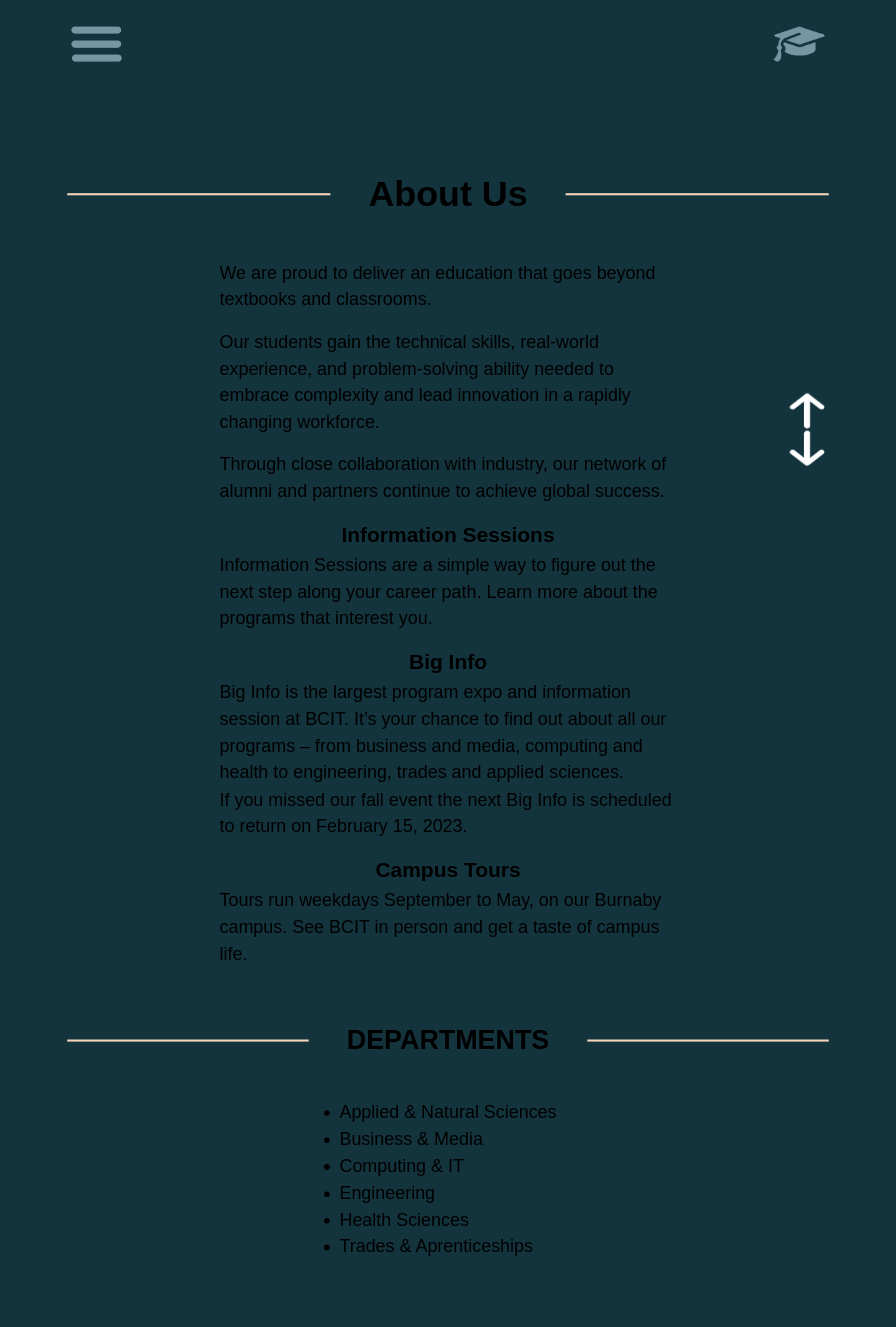
Repository: Kinakopan/playwright_bcit
Page: /about
The author's editor kept a copy of each file at every save. The page is drawn from the files as they stood at one save, then again after the next save.
The browser window is 1280 px wide. The pictures show the whole page, at 70% of full size.
Some web fonts or font styles are not loaded; a fallback is used. The project was rebuilt for these pictures with package versions that can differ from the ones it lists, and the page was loaded fresh each time. The framework's server and built-in components were replaced by stand-ins that run in the browser. Also part of the build but not shown: next.config.js.

Above is the page before, as saved 2023-01-28 11:05:01.

### pages/_app.js
// import '@/styles/globals.css'
import '../styles/globals.css'
import '../styles/variables.css'
import Head from 'next/head'

export default function App({ Component, pageProps }) {
  return (
    <>
      <Head>
        <title>Example #1</title>
        <meta name="description" content="Generated by create next app" />
        <meta name="viewport" content="width=device-width, initial-scale=1" />
        <link href="https://fonts.googleapis.com/css2?family=Myriad+Pro:wght@100;400;700&display=swap" rel="stylesheet" />
        <link rel="icon" href="/favicon.ico" />
      </Head>
      <Component {...pageProps} />
    </>
  )
}

### pages/about.js
// export default function About() {
//   return (
//     <div>
//       <h1>About Page</h1>
//       <h1>About Page</h1>
//     </div>
//   )
// }


// import axios from 'axios'
import Link from 'next/link';
import styles from '@/styles/Home.module.css';
import Arrow from '/components/arrow';
import Navbar from '/components/navbar';
import { Inter } from '@next/font/google';
import { useState, useEffect } from 'react';

const inter = Inter({ subsets: ['latin'] })

export default function About() {

  return (
    <>
      <div
        className={styles.body_about}
        >
        <div className={styles.wrapper}>

          <Navbar/>

          {/* Main contents under nav bar */}
          <main className={styles.main}>

              <h1 className={styles.text_heading1}>
                About Us
              </h1>

              <p className={styles.text_body}>
                We are proud to deliver an education that goes beyond textbooks and classrooms.
              </p>

              <p className={styles.text_body}>
                Our students gain the technical skills, real-world experience, and problem-solving ability needed to embrace complexity and lead innovation in a rapidly changing workforce.
              </p>

              <p className={styles.text_body}>
                Through close collaboration with industry, our network of alumni and partners continue to achieve global success.
              </p>

              <h3 className={styles.text_heading2}>
                Information Sessions
              </h3>

              <p className={styles.text_body}>
                Information Sessions are a simple way to figure out the next step along your career path. Learn more about the programs that interest you.
              </p>

              <h3 className={styles.text_heading2}>
                Big Info
              </h3>

              <p className={styles.text_body}>
                Big Info is the largest program expo and information session at BCIT. It’s your chance to find out about all our programs – from business and media, computing and health to engineering, trades and applied sciences.<br/>

                If you missed our fall event the next Big Info is scheduled to return on February 15, 2023.
              </p>

              <h3 className={styles.text_heading2}>
                Campus Tours
              </h3>

              <p className={styles.text_body}>
                Tours run weekdays September to May, on our Burnaby campus. See BCIT in person and get a taste of campus life.
              </p>

              <h2 className={styles.text_heading1}>
                DEPARTMENTS
              </h2>

              <ul>
                <li>
                  Applied & Natural Sciences
                </li>
                <li>
                  Business & Media
                </li>
                <li>
                  Computing & IT
                </li>
                <li>
                  Engineering
                </li>
                <li>
                  Health Sciences
                </li>
                <li>
                  Trades & Aprenticeships
                </li>
              </ul>
          </main>

          <Arrow/>

        </div>
      </div>
    </>
  )
}

### styles/variables.css
:root {
  --primary-color: |#fff;
  --secondary-color: #F4D6B9;
  --ternary-color: #7796A4;
  --quaternary-color: #14343D;
  --quinary-color: rgba(16,46,53,0.5);
}

### styles/Home.module.css
@import '/styles/variables.css';

.main {
  display: flex;
  flex-direction: column;
  justify-content: space-between;
  align-items: center;
  padding: 6rem;
  min-height: 100vh;
}

.description {
  display: inherit;
  justify-content: inherit;
  align-items: inherit;
  font-size: 0.85rem;
  max-width: var(--max-width);
  width: 100%;
  z-index: 2;
  font-family: var(--font-mono);
}

.description a {
  display: flex;
  justify-content: center;
  align-items: center;
  gap: 0.5rem;
}

.description p {
  position: relative;
  margin: 0;
  padding: 1rem;
  background-color: rgba(var(--callout-rgb), 0.5);
  border: 1px solid rgba(var(--callout-border-rgb), 0.3);
  border-radius: var(--border-radius);
}

.code {
  font-weight: 700;
  font-family: var(--font-mono);
}

.grid {
  display: grid;
  grid-template-columns: repeat(4, minmax(25%, auto));
  width: var(--max-width);
  max-width: 100%;
}

.card {
  padding: 1rem 1.2rem;
  border-radius: var(--border-radius);
  background: rgba(var(--card-rgb), 0);
  border: 1px solid rgba(var(--card-border-rgb), 0);
  transition: background 200ms, border 200ms;
}

.card span {
  display: inline-block;
  transition: transform 200ms;
}

.card h2 {
  font-weight: 600;
  margin-bottom: 0.7rem;
}

.card p {
  margin: 0;
  opacity: 0.6;
  font-size: 0.9rem;
  line-height: 1.5;
  max-width: 30ch;
}

.center {
  display: flex;
  justify-content: center;
  align-items: center;
  position: relative;
  padding: 4rem 0;
}

.center::before {
  background: var(--secondary-glow);
  border-radius: 50%;
  width: 480px;
  height: 360px;
  margin-left: -400px;
}

.center::after {
  background: var(--primary-glow);
  width: 240px;
  height: 180px;
  z-index: -1;
}

.center::before,
.center::after {
  content: '';
  left: 50%;
  position: absolute;
  filter: blur(45px);
  transform: translateZ(0);
}

.logo,
.thirteen {
  position: relative;
}

.thirteen {
  display: flex;
  justify-content: center;
  align-items: center;
  width: 75px;
  height: 75px;
  padding: 25px 10px;
  margin-left: 16px;
  transform: translateZ(0);
  border-radius: var(--border-radius);
  overflow: hidden;
  box-shadow: 0px 2px 8px -1px #0000001a;
}

.thirteen::before,
.thirteen::after {
  content: '';
  position: absolute;
  z-index: -1;
}

/* Conic Gradient Animation */
.thirteen::before {
  animation: 6s rotate linear infinite;
  width: 200%;
  height: 200%;
  background: var(--tile-border);
}

/* Inner Square */
.thirteen::after {
  inset: 0;
  padding: 1px;
  border-radius: var(--border-radius);
  background: linear-gradient(
    to bottom right,
    rgba(var(--tile-start-rgb), 1),
    rgba(var(--tile-end-rgb), 1)
  );
  background-clip: content-box;
}

/* Enable hover only on non-touch devices */
@media (hover: hover) and (pointer: fine) {
  .card:hover {
    background: rgba(var(--card-rgb), 0.1);
    border: 1px solid rgba(var(--card-border-rgb), 0.15);
  }

  .card:hover span {
    transform: translateX(4px);
  }
}

@media (prefers-reduced-motion) {
  .thirteen::before {
    animation: none;
  }

  .card:hover span {
    transform: none;
  }
}

/* Mobile */
@media (max-width: 700px) {
  .content {
    padding: 4rem;
  }

  .grid {
    grid-template-columns: 1fr;
    margin-bottom: 120px;
    max-width: 320px;
    text-align: center;
  }

  .card {
    padding: 1rem 2.5rem;
  }

  .card h2 {
    margin-bottom: 0.5rem;
  }

  .center {
    padding: 8rem 0 6rem;
  }

  .center::before {
    transform: none;
    height: 300px;
  }

  .description {
    font-size: 0.8rem;
  }

  .description a {
    padding: 1rem;
  }

  .description p,
  .description div {
    display: flex;
    justify-content: center;
    position: fixed;
    width: 100%;
  }

  .description p {
    align-items: center;
    inset: 0 0 auto;
    padding: 2rem 1rem 1.4rem;
    border-radius: 0;
    border: none;
    border-bottom: 1px solid rgba(var(--callout-border-rgb), 0.25);
    background: linear-gradient(
      to bottom,
      rgba(var(--background-start-rgb), 1),
      rgba(var(--callout-rgb), 0.5)
    );
    background-clip: padding-box;
    backdrop-filter: blur(24px);
  }

  .description div {
    align-items: flex-end;
    pointer-events: none;
    inset: auto 0 0;
    padding: 2rem;
    height: 200px;
    background: linear-gradient(
      to bottom,
      transparent 0%,
      rgb(var(--background-end-rgb)) 40%
    );
    z-index: 1;
  }
}

/* Tablet and Smaller Desktop */
@media (min-width: 701px) and (max-width: 1120px) {
  .grid {
    grid-template-columns: repeat(2, 50%);
  }
}

@media (prefers-color-scheme: dark) {
  .vercelLogo {
    filter: invert(1);
  }

  .logo,
  .thirteen img {
    filter: invert(1) drop-shadow(0 0 0.3rem #ffffff70);
  }
}

@keyframes rotate {
  from {
    transform: rotate(360deg);
  }
  to {
    transform: rotate(0deg);
  }
}



/*****************************
******************************
            AUTHOR
******************************
*****************************/

/*============================
    From here - Common Style
============================*/
/* From here - components/navbar.js */
.nav {
  display: flex;
  flex-direction: row;
  justify-content: space-between;
  width: 100%;
  padding: 3% 8% 0 8%;
}

.burgar,
.hat {
  width: fit-content;
}

/* From here - components/arrow.js */
.arrowBox {
  flex: 1;
  display: flex;
  flex-direction: column;
  justify-content: space-between;
  align-items: flex-end;
  position: fixed;
  width: fit-content;
  height: 12%;
  right: 8%;
  bottom: 10%;
}

.arrowBox * {
  background: transparent;
  border: none;
}

/* From here - general */
.body_home,
.body_about,
.body_contact,
.wrapper {
  display: flex;
  flex-direction: column;
  width: 100vw;
}

.body_home,
.body_about,
.body_contact {
  /* font-size: 62.5%; */
  background-size: cover;
  background-position: center;
  background-repeat: no-repeat;
  line-height: 1.5;
  font-family: 'Myriad Pro', sans-serif;
  font-weight: 100;
  text-align: left;
}

.wrapper {
  font-size: 1.6rem;
  background-size: cover;
}

.main {
  display: flex;
  width: 100%;
}

/* .text_heading_h1 {

}

.text_heading_h2 {

} */
/*============================
    From here - Home Page
============================*/
.body_home {
  height: 100vh;
  overflow: hidden;
}

.body_home .main {
  flex-direction: row;
  justify-content: flex-start;
  align-items: flex-end;
  padding: 0 0 12% 21%;
}

.body_home .cont_main {
  display: flex;
  flex-direction: column;
  width: 48%;
}

.body_home .cont_main * {
  color: var(--primary-color);
}

.body_home .text_heading1 {
  font-family: 'Myriad Pro', sans-serif;
  /* font-size: 3.6rem; */
  font-size: 220%;
  line-height: 1.3;
  padding-bottom: 3%;
  margin-bottom: 3%;
  border-bottom: 4px solid;
  border-image: linear-gradient(to right, rgba(244,214,185,1) 0%, rgba(244,214,185,1) 69%, rgba(244,214,185,0) 69%, rgba(244,214,185,0) 100%) 1;
}

.body_home .text_body,
.body_home .box_btn * {
  opacity: .9;
}

.body_home .box_btn {
  display: flex;
  flex-direction: row;
}

.body_home .box_btn * {
  font-size: 1.4rem;
  background: transparent;
  padding: .3% 3%;
  border: 3px solid;
  border-color: var(--primary-color);
  border-radius: 10px;
  margin: 3% 2.5% 0 0;
}

.body_home .btn_about:hover {
  color: transparent;
  background: white;
}

/*============================
    From here - About Page
============================*/
.body_about {
  background: var(--quaternary-color);
}

/* .body_about .main {

} */

.body_about .text_heading1 {
  display: flex;
  align-items: center;
  width: 100%;
  padding: 5% 0;
}

.body_about .text_heading1:before,
.body_about .text_heading1:after {
  content: "";
  height: 3px;
  flex-grow: 1;
  background: var(--secondary-color);
}

.body_about .text_heading1:before {
  margin-right: 5%;
}

.body_about .text_heading1:after {
  margin-left: 5%;
}

.body_about .text_body {
  display: flex;
  justify-content: flex-start;
  width: 60%;
  margin-bottom: 2%;
}

.body_about .text_heading2 {
  justify-content: flex-start;
}

/*============================
    From here - Contact Page
============================*/

### components/arrow.js
import Image from 'next/image';
import styles from '@/styles/Home.module.css';

export default function Arrow() {
  return (
    <div className={styles.arrowBox}>
      <button
        className={styles.arrowDown}
        onClick={() => setUpArrowClicked(true)}
      >
        <Image
          src='/icons/upwardArrow.png'
          alt="Upward arrow icon"
          width={50}
          height={50}
        />
      </button>

      <button
        className={styles.arrowDown}
        onClick={() => setDownArrowClicked(true)}
      >
        <Image
          src='/icons/downwardArrow.png'
          alt="Downward arrow icon"
          width={50}
          height={50}
        />
      </button>
    </div>
  )
}

### components/navbar.js
import Image from 'next/image';
import styles from '@/styles/Home.module.css';

export default function Navbar() {
  return (
    <nav className={styles.nav}>
      <Image
        className={styles.burgar}
        src='/icons/menu-icon.png'
        alt="menu icon"
        width={50}
        height={50}
      />
      <Image
        className={styles.hat}
        src='/icons/graduation-hat.png'
        alt="Graduation hat icon"
        width={50}
        height={50}
      />
    </nav>
  )
}

Loaded but not shown: pages/_document.js (common file); styles/globals.css (common file)

After the next save:
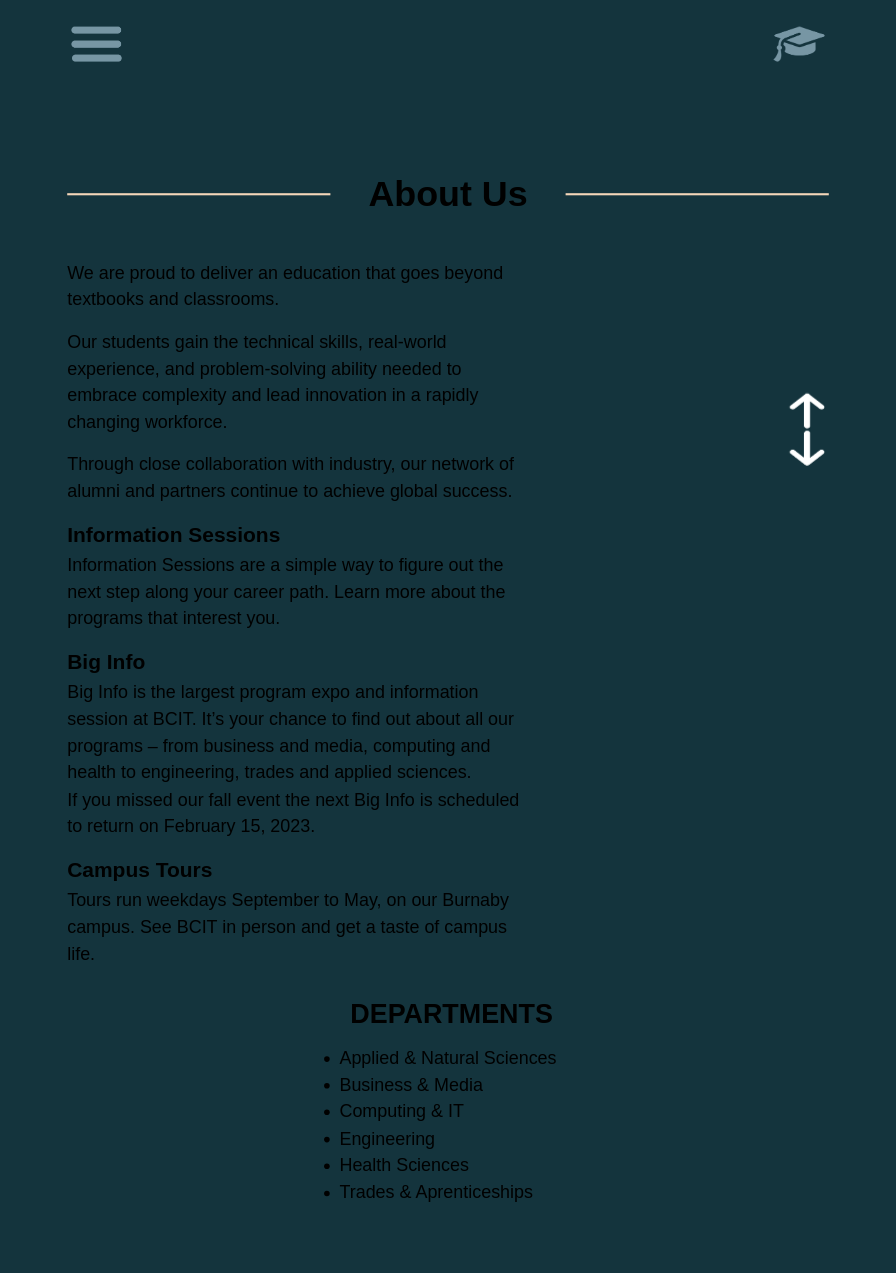
Saved 116 s later.
--- a/pages/about.js
+++ b/pages/about.js
@@ -32,72 +32,78 @@
           {/* Main contents under nav bar */}
           <main className={styles.main}>
 
-              <h1 className={styles.text_heading1}>
-                About Us
-              </h1>
+          <div className={styles.cont_main}>
+            <h1 className={styles.text_heading1}>
+              About Us
+            </h1>
 
-              <p className={styles.text_body}>
-                We are proud to deliver an education that goes beyond textbooks and classrooms.
-              </p>
+            <p className={styles.text_body}>
+              We are proud to deliver an education that goes beyond textbooks and classrooms.
+            </p>
 
-              <p className={styles.text_body}>
-                Our students gain the technical skills, real-world experience, and problem-solving ability needed to embrace complexity and lead innovation in a rapidly changing workforce.
-              </p>
+            <p className={styles.text_body}>
+              Our students gain the technical skills, real-world experience, and problem-solving ability needed to embrace complexity and lead innovation in a rapidly changing workforce.
+            </p>
 
-              <p className={styles.text_body}>
-                Through close collaboration with industry, our network of alumni and partners continue to achieve global success.
-              </p>
+            <p className={styles.text_body}>
+              Through close collaboration with industry, our network of alumni and partners continue to achieve global success.
+            </p>
 
-              <h3 className={styles.text_heading2}>
-                Information Sessions
-              </h3>
+            <h3 className={styles.text_heading2}>
+              Information Sessions
+            </h3>
 
-              <p className={styles.text_body}>
-                Information Sessions are a simple way to figure out the next step along your career path. Learn more about the programs that interest you.
-              </p>
+            <p className={styles.text_body}>
+              Information Sessions are a simple way to figure out the next step along your career path. Learn more about the programs that interest you.
+            </p>
 
-              <h3 className={styles.text_heading2}>
-                Big Info
-              </h3>
+            <h3 className={styles.text_heading2}>
+              Big Info
+            </h3>
 
-              <p className={styles.text_body}>
-                Big Info is the largest program expo and information session at BCIT. It’s your chance to find out about all our programs – from business and media, computing and health to engineering, trades and applied sciences.<br/>
+            <p className={styles.text_body}>
+              Big Info is the largest program expo and information session at BCIT. It’s your chance to find out about all our programs – from business and media, computing and health to engineering, trades and applied sciences.<br/>
 
-                If you missed our fall event the next Big Info is scheduled to return on February 15, 2023.
-              </p>
+              If you missed our fall event the next Big Info is scheduled to return on February 15, 2023.
+            </p>
 
-              <h3 className={styles.text_heading2}>
-                Campus Tours
-              </h3>
+            <h3 className={styles.text_heading2}>
+              Campus Tours
+            </h3>
 
-              <p className={styles.text_body}>
-                Tours run weekdays September to May, on our Burnaby campus. See BCIT in person and get a taste of campus life.
-              </p>
+            <p className={styles.text_body}>
+              Tours run weekdays September to May, on our Burnaby campus. See BCIT in person and get a taste of campus life.
+            </p>
+          </div>
 
-              <h2 className={styles.text_heading1}>
-                DEPARTMENTS
-              </h2>
+          <div className={styles.cont_main}>
+            <h2 className={styles.text_heading1}>
+              DEPARTMENTS
+            </h2>
 
-              <ul>
-                <li>
-                  Applied & Natural Sciences
-                </li>
-                <li>
-                  Business & Media
-                </li>
-                <li>
-                  Computing & IT
-                </li>
-                <li>
-                  Engineering
-                </li>
-                <li>
-                  Health Sciences
-                </li>
-                <li>
-                  Trades & Aprenticeships
-                </li>
-              </ul>
+            <ul>
+              <li>
+                Applied & Natural Sciences
+              </li>
+              <li>
+                Business & Media
+              </li>
+              <li>
+                Computing & IT
+              </li>
+              <li>
+                Engineering
+              </li>
+              <li>
+                Health Sciences
+              </li>
+              <li>
+                Trades & Aprenticeships
+              </li>
+            </ul>
+          </div>
+
+
           </main>
 
           <Arrow/>
